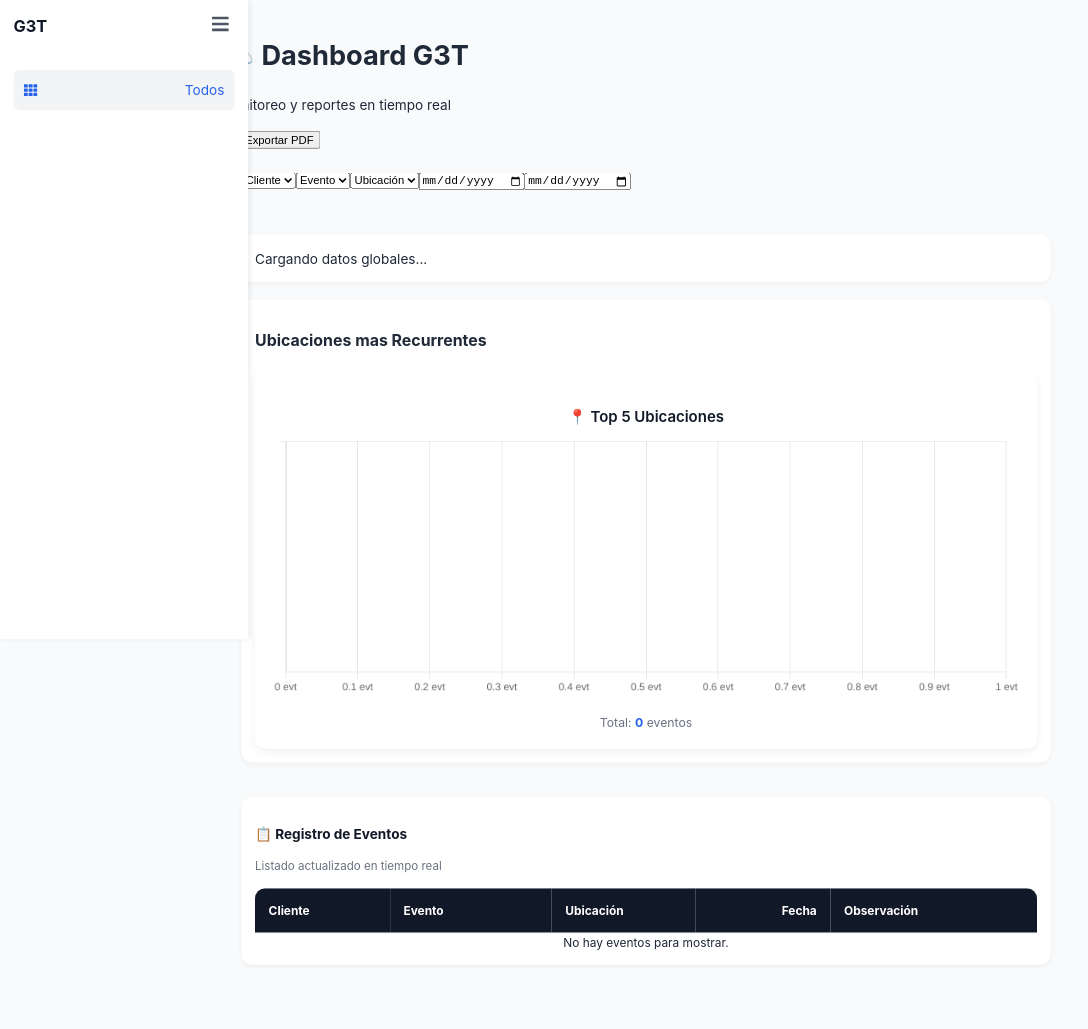
Repository: BBrian11/reportes
Page: /
The author's editor kept a copy of each file at every save. The page is drawn from the files as they stood at one save, then again after the next save.
The browser window is 1280 px wide. The pictures show the whole page, at 85% of full size.
The page's requests for data from a server got no answer. The project was rebuilt for these pictures with package versions that can differ from the ones it lists, and the page was loaded fresh each time. No one was signed in, and anything a server would have sent is missing. Also part of the build but not shown: vite.config.js, src/styles/barChart.css, src/components/Dashboard/BarChart.jsx, src/components/Dashboard/PieChart.jsx, src/components/Dashboard/LineChart.jsx, src/styles/tgsstats.css, src/components/Dashboard/TgsStats.jsx, src/styles/edificiostats.css and 6 more.

Above is the page before, as saved 2025-07-30 17:24:46.

### index.html
<!DOCTYPE html>
<html lang="es">
  <head>
    <meta charset="UTF-8" />
    <meta name="viewport" content="width=device-width, initial-scale=1.0" />
    <title>Dashboard G3T</title>
  </head>
  <body>
    <div id="root"></div>
    <script type="module" src="/src/main.jsx"></script>
  </body>
</html>

### src/main.jsx
import React from "react";
import ReactDOM from "react-dom/client";
import App from "./App.jsx";
import "./styles/dashboard.css";
import "./styles/form.css";

ReactDOM.createRoot(document.getElementById("root")).render(
  <React.StrictMode>
    <App />
  </React.StrictMode>
);

### src/App.jsx
import React from "react";
import Dashboard from "./components/Dashboard/Dashboard.jsx";

export default function App() {
  return <Dashboard />;
}

### src/components/Dashboard/Dashboard.jsx
import React, { useEffect, useState } from "react";
import Sidebar from "./Sidebar.jsx";
import Header from "./Header.jsx";
import Filters from "./Filters.jsx";
import Charts from "./Charts.jsx";
import EventsTable from "./EventsTable.jsx";
import TgsStats from "./TgsStats.jsx";
import EdificioStats from "./EdificioStats.jsx";
import VtvStats from "./VtvStats.jsx";
import GlobalStats from "./GlobalStats.jsx";
import MiniCharts from "./MiniCharts.jsx";
import LineAnalytics from "./LineAnalytics.jsx";
import { collection, onSnapshot } from "firebase/firestore";
import { db } from "../../services/firebase";
import "../../styles/dashboard.css";



export default function Dashboard() {
  const [eventos, setEventos] = useState([]);
  const [filtros, setFiltros] = useState({
    cliente: "",
    ubicacion: "",
    evento: "",
    fechaInicio: "",
    fechaFin: "",
  });

  // ✅ Sidebar handlers
  const handleSelectCliente = (cliente) => {
    setFiltros({ ...filtros, cliente: cliente === "Todos" ? "" : cliente, ubicacion: "" });
  };

  const handleSelectUbicacion = (cliente, ubicacion) => {
    setFiltros({ ...filtros, cliente, ubicacion });
  };

  // ✅ Firestore listener
  useEffect(() => {
    const collections = [
      { path: "novedades/tgs/eventos", cliente: "TGS", eventoKey: "evento-tgs", ubicacionKey: "locaciones-tgs" },
      { path: "novedades/edificios/eventos", cliente: "Edificios", eventoKey: "evento-edificio" },
      { path: "novedades/vtv/eventos", cliente: "VTV", eventoKey: "evento-vtv", ubicacionKey: "planta-vtv" },
      { path: "novedades/barrios/eventos", cliente: "Barrios", eventoKey: "evento-barrios", ubicacionKey: "barrio" },
      { path: "novedades/otros/eventos", cliente: "Otros", eventoKey: "evento-otros", ubicacionKey: "otro" },
    ];

    const unsubscribes = collections.map(({ path, cliente, eventoKey, ubicacionKey }) =>
      onSnapshot(collection(db, path), (snapshot) => {
        const nuevos = snapshot.docs.map((doc) => {
          const d = doc.data();
          let ubicacion = "Sin Ubicación";

          if (cliente === "Edificios") {
            const edificio = d["edificio"] || "";
            const unidad = d["unidad"] ? ` - ${d["unidad"]}` : "";
            ubicacion = edificio ? edificio + unidad : "Sin Ubicación";
          } else {
            ubicacion = d[ubicacionKey] || "Sin Ubicación";
          }

          return {
            id: doc.id,
            cliente,
            evento: d[eventoKey] || "Sin Evento",
            ubicacion,
            fecha: d.fechaHoraEnvio ? new Date(d.fechaHoraEnvio.seconds * 1000).toLocaleString("es-AR") : "Sin Fecha",
            fechaObj: d.fechaHoraEnvio ? new Date(d.fechaHoraEnvio.seconds * 1000) : null,
            observacion: d[`observaciones-${cliente.toLowerCase()}`] || "Sin Observación",
          };
        });

        setEventos((prev) => [...prev.filter((e) => e.cliente !== cliente), ...nuevos]);
      })
    );

    return () => unsubscribes.forEach((unsub) => unsub());
  }, []);

  // ✅ Filtrado dinámico
  const eventosFiltrados = eventos.filter((e) => {
    const fechaEvento = e.fechaObj;
    const fechaInicio = filtros.fechaInicio ? new Date(filtros.fechaInicio) : null;
    const fechaFin = filtros.fechaFin ? new Date(filtros.fechaFin) : null;

    return (
      (!filtros.cliente || e.cliente === filtros.cliente) &&
      (!filtros.ubicacion || e.ubicacion === filtros.ubicacion) &&
      (!filtros.evento || e.evento === filtros.evento) &&
      (!fechaInicio || fechaEvento >= fechaInicio) &&
      (!fechaFin || fechaEvento <= fechaFin)
    );
  });

  return (
    <div className="dashboard-layout">
      <Sidebar eventos={eventos} onSelectCliente={handleSelectCliente} onSelectUbicacion={handleSelectUbicacion} />

      <main className="dashboard-main">
        <Header />
        <div className="dashboard-content">
          <Filters filtros={filtros} setFiltros={setFiltros} eventos={eventos} />

          {!filtros.cliente ? (
            <div className="grid-layout">
              <GlobalStats eventos={eventosFiltrados} />
              <Charts eventos={eventosFiltrados} />
              <EventsTable eventos={eventosFiltrados} />
            </div>
          ) : (
            <div className="grid-layout">
              <MiniCharts eventos={eventosFiltrados} />
              <LineAnalytics
  eventos={eventosFiltrados}
  cliente={filtros.cliente}
  fechaInicio={filtros.fechaInicio}
  fechaFin={filtros.fechaFin}
/>
  {/* ✅ Nuevo gráfico interactivo */}
              {filtros.cliente === "TGS" && <TgsStats eventos={eventosFiltrados} />}
              {filtros.cliente === "Edificios" && <EdificioStats eventos={eventosFiltrados} />}
              {filtros.cliente === "VTV" && <VtvStats eventos={eventosFiltrados} />}
              {filtros.cliente === "Otros" && <VtvStats eventos={eventosFiltrados} />}

              <div className="dashboard-content">
              <div className="grid-layout">
              <EventsTable eventos={eventosFiltrados} />
            </div> </div> </div>
          )}
        </div>
      </main>
    </div>
  );
}

### src/components/Dashboard/Header.jsx
import React from 'react';

export default function Header() {
  return (
    <div className="bg-gradient-to-r from-blue-700 to-indigo-800 text-white p-4 rounded-lg shadow-md flex justify-between items-center mb-4">
      <div>
        <h1 className="text-xl font-bold">📡 Dashboard G3T</h1>
        <p className="text-sm">Monitoreo y reportes en tiempo real</p>
      </div>
      <button className="bg-white text-blue-900 px-4 py-2 rounded shadow hover:bg-gray-200 transition">
        📄 Exportar PDF
      </button>
    </div>
  );
}

### src/components/Dashboard/Filters.jsx
import React from 'react';

export default function Filters() {
  return (
    <div className="bg-white p-4 rounded-lg shadow mb-4 flex flex-wrap gap-2">
      <select className="border p-2 rounded w-full md:w-auto">
        <option>Cliente</option>
      </select>
      <select className="border p-2 rounded w-full md:w-auto">
        <option>Evento</option>
      </select>
      <select className="border p-2 rounded w-full md:w-auto">
        <option>Ubicación</option>
      </select>
      <input type="date" className="border p-2 rounded w-full md:w-auto" />
      <input type="date" className="border p-2 rounded w-full md:w-auto" />
    </div>
  );
}

### src/components/Dashboard/Charts.jsx
import React from "react";
import BarChart from "./BarChart";
import PieChart from "./PieChart";
import LineChart from "./LineChart";
import HorizontalChart from "./HorizontalChart";
import {
  Chart as ChartJS,
  CategoryScale,
  LinearScale,
  BarElement,
  ArcElement,
  PointElement,
  LineElement,
  Title,
  Tooltip,
  Legend,
} from "chart.js";

ChartJS.register(
  CategoryScale,
  LinearScale,
  BarElement,
  ArcElement,
  PointElement,
  LineElement,
  Title,
  Tooltip,
  Legend
);

export default function Charts({ eventos }) {
  return (
    <div className="grid grid-cols-1 lg:grid-cols-2 gap-6 mb-6">
      {/* Eventos por mes */}




      {/* Top ubicaciones */}
      <div className="bg-white rounded-xl shadow p-4 hover:shadow-lg transition">
        <h3 className="text-lg font-semibold mb-4 flex items-center justify-between">
          Ubicaciones mas Recurrentes

        </h3>
        <HorizontalChart eventos={eventos} />

      </div>
    </div>
  );
}

### src/styles/sidebar.css
.sidebar {
    width: 260px;
    background: #fff;
    height: 100vh;
    position: fixed;
    top: 0;
    left: 0;
    display: flex;
    flex-direction: column;
    padding: 16px;
    box-shadow: 2px 0 6px rgba(0, 0, 0, 0.08);
    transition: width 0.3s ease;
    overflow: hidden;
  }

  .sidebar.collapsed {
    width: 80px;
  }

  .sidebar-header {
    display: flex;
    justify-content: space-between;
    align-items: center;
    margin-bottom: 20px;
  }

  .logo-text {
    font-size: 1.2rem;
    font-weight: 700;
    color: #111827;
  }

  .toggle-btn {
    background: none;
    border: none;
    font-size: 1.4rem;
    cursor: pointer;
    color: #4b5563;
  }

  .sidebar ul {
    list-style: none;
    padding: 0;
  }

  .sidebar-item {
    margin-bottom: 6px;
  }

  .sidebar-link {
    display: flex;
    align-items: center;
    justify-content: space-between;
    padding: 12px;
    border-radius: 8px;
    color: #374151;
    cursor: pointer;
    transition: background 0.2s ease;
  }

  .sidebar-link:hover,
  .sidebar-link.active {
    background: #f3f4f6;
    color: #2563eb;
  }

  .sub-menu {
    background: #f9fafb;
    margin-top: 6px;
    border-radius: 6px;
    padding: 8px;
  }

  .search-input {
    width: 100%;
    padding: 6px 10px;
    border-radius: 6px;
    border: 1px solid #d1d5db;
    margin-bottom: 8px;
    font-size: 0.9rem;
  }

  .scrollable-list {
    max-height: 180px; /* ✅ Scroll interno */
    overflow-y: auto;
  }

  .scrollable-list ul {
    list-style: none;
    padding-left: 12px;
    margin: 4px 0;
  }

  .sub-item {
    padding: 6px;
    cursor: pointer;
    border-radius: 4px;
    font-size: 0.9rem;
    color: #4b5563;
  }

  .sub-item:hover {
    background: #e5e7eb;
    color: #111827;
  }

  .grupo {
    margin-bottom: 8px;
  }

  .grupo strong {
    font-size: 0.85rem;
    color: #6b7280;
    display: block;
    margin-bottom: 4px;
  }

### src/components/Dashboard/HorizontalChart.jsx
import { Bar } from "react-chartjs-2";
import "../../styles/horizontalchart.css"; // ✅ Nueva hoja de estilos

export default function HorizontalChart({ eventos }) {
  const countByLocation = {};
  eventos.forEach(e => {
    countByLocation[e.ubicacion] = (countByLocation[e.ubicacion] || 0) + 1;
  });

  const sorted = Object.entries(countByLocation)
    .sort((a, b) => b[1] - a[1])
    .slice(0, 5);

  const labels = sorted.map(([loc]) => loc);
  const values = sorted.map(([_, count]) => count);
  const total = values.reduce((a, b) => a + b, 0);

  const colors = ["#2563eb", "#16a34a", "#f59e0b", "#dc2626", "#6b7280"];

  const data = {
    labels,
    datasets: [
      {
        label: "Eventos",
        data: values,
        backgroundColor: colors,
        borderRadius: 6,
        barThickness: 28,
      },
    ],
  };

  const options = {
    indexAxis: "y",
    responsive: true,
    maintainAspectRatio: false,
    plugins: {
      legend: { display: false },
      tooltip: {
        callbacks: {
          label: (ctx) => {
            const count = ctx.parsed.x;
            const pct = ((count / total) * 100).toFixed(1);
            return ` ${count} eventos (${pct}%)`;
          },
        },
      },
    },
    scales: {
      x: {
        ticks: {
          callback: (value) => value + " evt",
        },
      },
    },
  };

  return (
    <div className="horizontal-chart-card">
      <h4 className="horizontal-chart-title">📍 Top 5 Ubicaciones</h4>
      <div className="horizontal-chart-wrapper">
        <Bar data={data} options={options} />
      </div>
      <div className="horizontal-chart-footer">
        Total: <span>{total}</span> eventos
      </div>
    </div>
  );
}

### src/styles/eventstable.css
.event-table-card {
    background: #fff;
    border-radius: 12px;
    box-shadow: 0 4px 8px rgba(0,0,0,0.08);
    padding: 20px;
    margin-top: 20px;
    overflow: hidden;
  }

  .table-header {
    display: flex;
    flex-direction: column;
    margin-bottom: 16px;
  }

  .table-title {
    font-size: 1rem;
    font-weight: 700;
    color: #111827;
    display: flex;
    align-items: center;
    gap: 8px;
  }

  .table-subtitle {
    font-size: 0.85rem;
    color: #6b7280;
  }

  .rdt_TableHeader {
    border-bottom: 1px solid #e5e7eb;
  }

  .rdt_Table {
    font-size: 14px;
  }

  .rdt_TableRow {
    transition: background 0.2s ease;
  }

  .rdt_TableRow:hover {
    background: #f9fafb;
  }

  .rdt_Pagination {
    border-top: 1px solid #e5e7eb;
    padding: 10px;
    font-size: 0.85rem;
  }

### src/styles/horizontalchart.css
.horizontal-chart-card {
    background: #fff;
    border-radius: 12px;
    padding: 20px;
    box-shadow: 0 4px 10px rgba(0, 0, 0, 0.06);
    display: flex;
    flex-direction: column;
    justify-content: space-between;
    height: 100%;
    transition: transform 0.2s ease, box-shadow 0.2s ease;
  }

  .horizontal-chart-card:hover {
    transform: translateY(-4px);
    box-shadow: 0 8px 16px rgba(0, 0, 0, 0.08);
  }

  .horizontal-chart-title {
    font-size: 1.1rem;
    font-weight: 600;
    color: #111827;
    margin-bottom: 16px;
    text-align: center;
  }

  .horizontal-chart-wrapper {
    position: relative;
    height: 300px;
    margin-bottom: 12px;
  }

  .horizontal-chart-footer {
    font-size: 0.9rem;
    color: #6b7280;
    text-align: center;
    margin-top: 8px;
  }

  .horizontal-chart-footer span {
    font-weight: bold;
    color: #2563eb;
  }

### src/components/Dashboard/MiniCharts.jsx
import React, { useEffect, useRef } from "react";
import { Line } from "react-chartjs-2";
import * as echarts from "echarts";
import "../../styles/minicharts.css";

export default function MiniCharts({ eventos }) {
  const pieChartRef = useRef(null);

  if (!eventos || eventos.length === 0) {
    return <div className="empty-card">📭 No hay datos para mostrar</div>;
  }

  // ✅ Métricas clave
  const totalEventos = eventos.length;
  const eventosCriticos = eventos.filter((e) =>
    ["alarma", "puerta forzada", "coacción", "pánico"].some((word) =>
      e.evento.toLowerCase().includes(word)
    )
  ).length;
  const ubicacionesUnicas = new Set(eventos.map((e) => e.ubicacion)).size;

  // ✅ Dataset para LineChart
  const grouped = {};
  eventos.forEach((e) => {
    const key = e.fechaObj.toLocaleDateString("es-AR", {
      day: "2-digit",
      month: "short",
    });
    grouped[key] = (grouped[key] || 0) + 1;
  });

  const labels = Object.keys(grouped);
  const values = Object.values(grouped);

  const lineData = {
    labels,
    datasets: [
      {
        label: "Eventos",
        data: values,
        borderColor: "#2563eb",
        backgroundColor: "rgba(37,99,235,0.15)",
        fill: true,
        tension: 0.4,
        pointRadius: 2,
      },
    ],
  };

  const lineOptions = {
    responsive: true,
    maintainAspectRatio: false,
    plugins: { legend: { display: false } },
    scales: { x: { display: false }, y: { display: false } },
  };

  // ✅ Gráfico Pie con ECharts
  useEffect(() => {
    if (!pieChartRef.current) return;

    const myChart = echarts.init(pieChartRef.current);

    const eventCounts = {};
    eventos.forEach((e) => {
      eventCounts[e.evento] = (eventCounts[e.evento] || 0) + 1;
    });

    const data = Object.keys(eventCounts).map((key) => ({
      name: key,
      value: eventCounts[key],
    }));

    myChart.setOption({
      tooltip: { trigger: "item" },
      series: [
        {
          name: "Eventos",
          type: "pie",
          radius: ["40%", "70%"],
          avoidLabelOverlap: true,
          itemStyle: { borderRadius: 8, borderColor: "#fff", borderWidth: 2 },
          label: { show: false },
          emphasis: { label: { show: true, fontSize: 14, fontWeight: "bold" } },
          data,
        },
      ],
      color: ["#2563eb", "#16a34a", "#f59e0b", "#dc2626", "#6b7280"],
    });

    const handleResize = () => myChart.resize();
    window.addEventListener("resize", handleResize);

    return () => {
      myChart.dispose();
      window.removeEventListener("resize", handleResize);
    };
  }, [eventos]);

  return (
    <div className="mini-dashboard-grid">
      {/* KPIs */}
      <div className="mini-card kpi-card">
        <h4>Total Eventos</h4>
        <p>{totalEventos}</p>
        <span className="mini-subtext">Últimos 30 días</span>
      </div>
      <div className="mini-card kpi-card">
        <h4>Eventos Críticos</h4>
        <p>{eventosCriticos}</p>
        <span className="mini-subtext">Alertas prioritarias</span>
      </div>


      {/* Line Chart */}
      <div className="mini-card chart-card">
        <h5>Tendencia (30 días)</h5>
        <div className="chart-wrapper">
          <Line data={lineData} options={lineOptions} />
        </div>

      </div>

      {/* Pie Chart */}
      <div className="mini-card chart-card">
        <h5>Distribución por Tipo</h5>
        <div ref={pieChartRef} className="pie-chart-wrapper"></div>
      </div>
    </div>
  );
}

Loaded but not shown: src/services/firebase.js (16 lines, source omitted); src/styles/dashboard.css (610 lines, source omitted); src/components/Dashboard/GlobalStats.jsx (148 lines, source omitted); src/components/Dashboard/Sidebar.jsx (143 lines, source omitted); src/styles/minicharts.css (146 lines, source omitted); src/components/Dashboard/EventsTable.jsx (91 lines, source omitted)

After the next save:
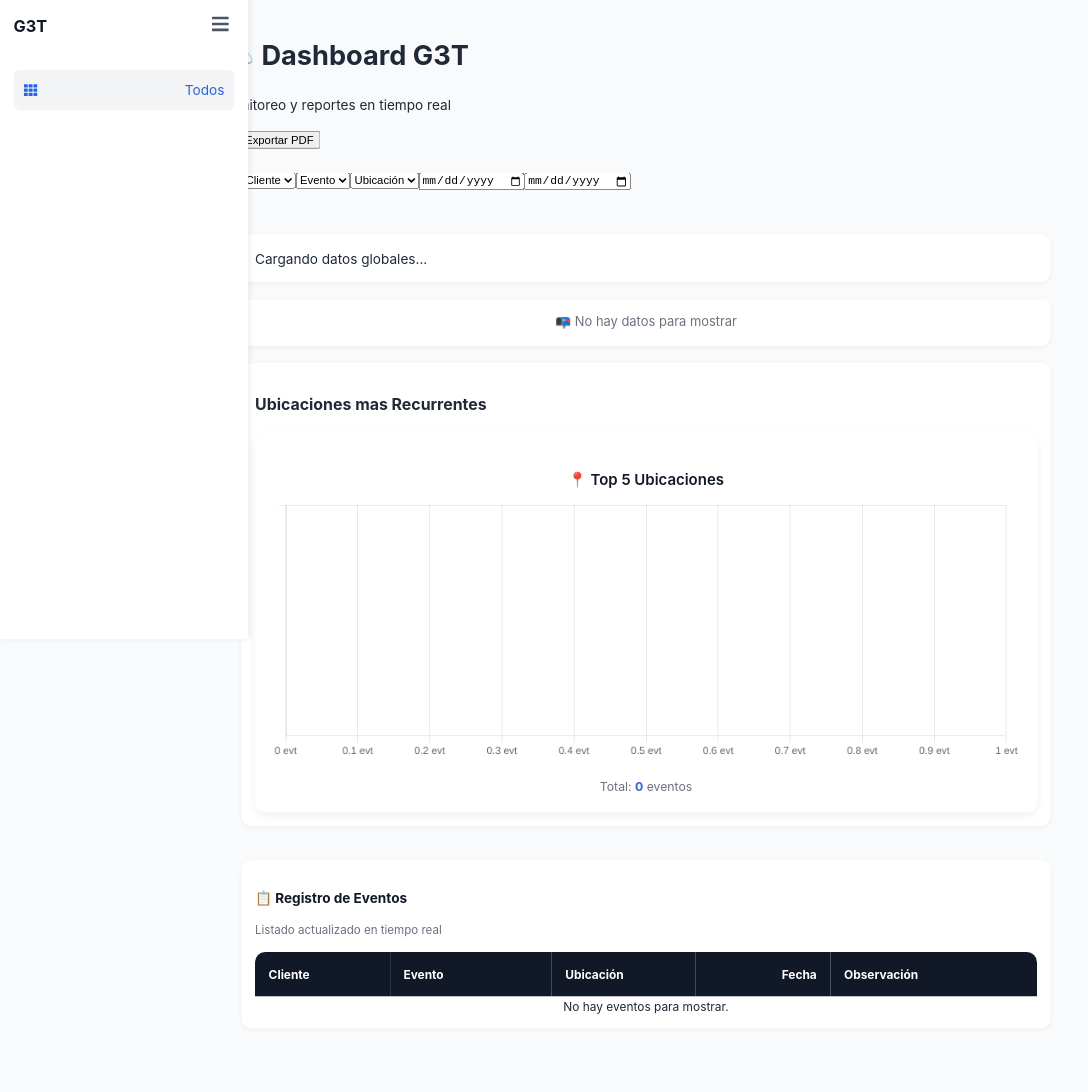
Saved 113 s later.
--- a/src/components/Dashboard/Dashboard.jsx
+++ b/src/components/Dashboard/Dashboard.jsx
@@ -104,6 +104,7 @@
           {!filtros.cliente ? (
             <div className="grid-layout">
               <GlobalStats eventos={eventosFiltrados} />
+              <MiniCharts eventos={eventosFiltrados} />
               <Charts eventos={eventosFiltrados} />
               <EventsTable eventos={eventosFiltrados} />
             </div>

After the 3 saves that followed:
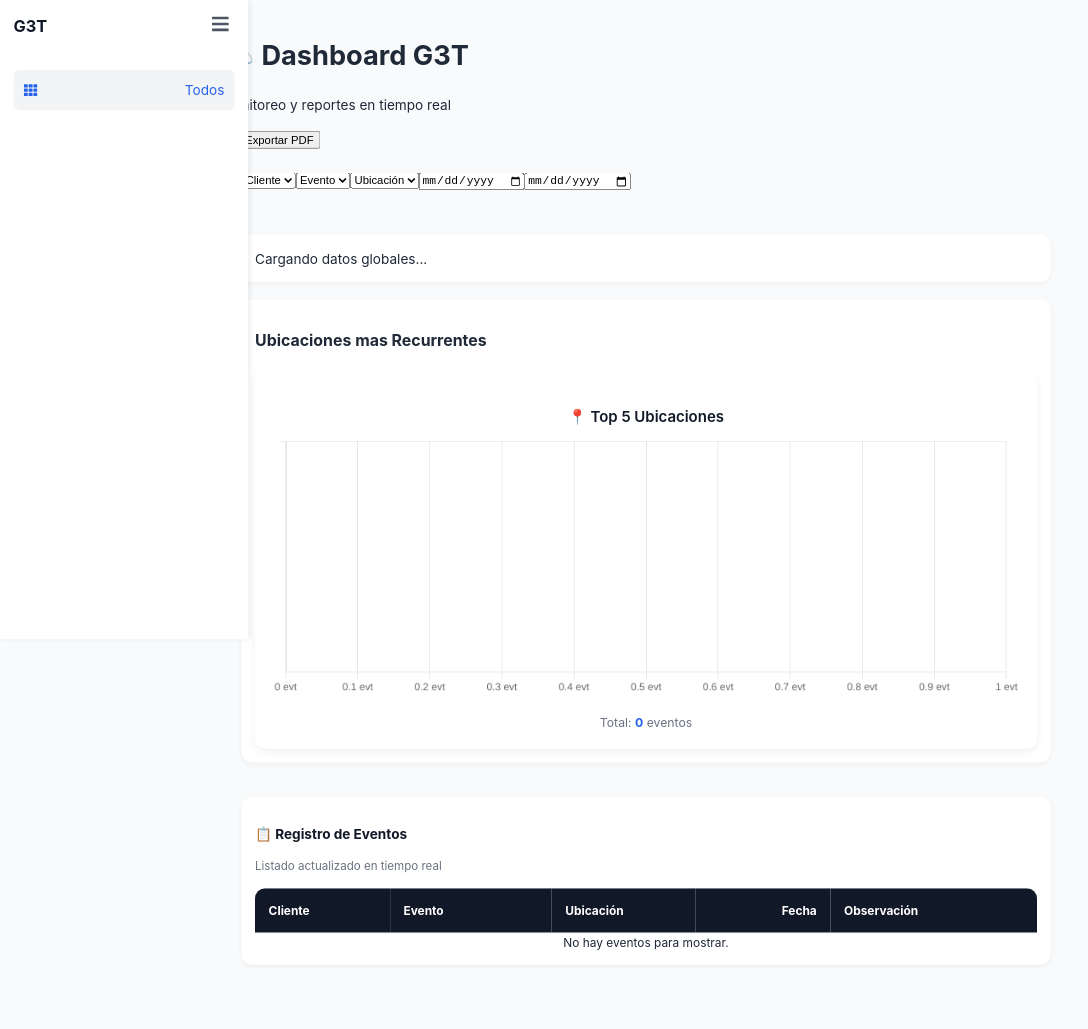
The 3 saves are shown as one change because 2 left the picture as it was.
The last was saved 5 min 23 s later.
--- a/src/components/Dashboard/Dashboard.jsx
+++ b/src/components/Dashboard/Dashboard.jsx
@@ -104,7 +104,7 @@
           {!filtros.cliente ? (
             <div className="grid-layout">
               <GlobalStats eventos={eventosFiltrados} />
-              <MiniCharts eventos={eventosFiltrados} />
+
               <Charts eventos={eventosFiltrados} />
               <EventsTable eventos={eventosFiltrados} />
             </div>
--- a/src/components/Dashboard/MiniCharts.jsx
+++ b/src/components/Dashboard/MiniCharts.jsx
@@ -102,12 +102,12 @@ export default function MiniCharts({ eventos }) {
       <div className="mini-card kpi-card">
         <h4>Total Eventos</h4>
         <p>{totalEventos}</p>
-        <span className="mini-subtext">Últimos 30 días</span>
+        <span className="mini-subtext"></span>
       </div>
       <div className="mini-card kpi-card">
         <h4>Eventos Críticos</h4>
         <p>{eventosCriticos}</p>
-        <span className="mini-subtext">Alertas prioritarias</span>
+        <span className="mini-subtext"></span>
       </div>
 
 
